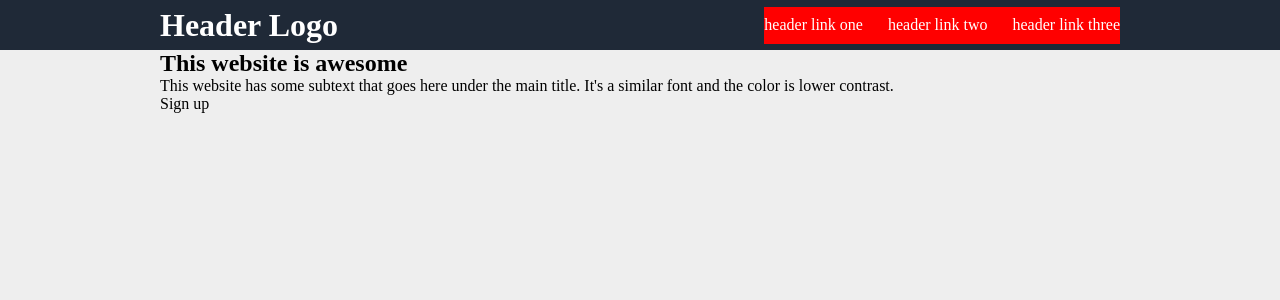
Repository: Pafestivo/Dummy-Landing-Page
Page: index.html
These files come from the project's save history. The page is drawn as it stood at one moment and after the next save; the edit follows.
The browser window is 1280 px wide. The pictures show the whole page.

Above is the page before, as saved 2022-09-26 17:48:53.

### index.html
<!DOCTYPE html>
<html lang="en">
<head>
    <meta charset="UTF-8">
    <meta name="viewport" content="width=device-width, initial-scale=1.0">
    <link rel="stylesheet" href="styles.css">
    <title>Landing Page</title>
</head>
<body>
    <header>
        <div class="container">
            <h1>Header Logo</h1>
            <nav>
                <a href="#">header link one</a>
                <a href="#">header link two</a>
                <a href="#">header link three</a>
            </nav>
        </div> <!-- /container-->
    </header>
    <main>
        <section class="first">
            <div class="container">
                <h1>This website is awesome</h1>
                <p>This website has some subtext that goes here under the main title. It's a similar font and the color is lower contrast.</p>
                <a href="#">Sign up</a>
                <img
                    src=""
                    alt=""
                />
            </div> <!-- /container-->
        </section> <!-- /first -->

        <section class="second">
            <div class="container">

            </div> <!-- /container-->
        </section> <!-- /second -->

        <section class="third">
            <div class="container">

            </div> <!-- /container-->
        </section> <!-- /third -->

        <section class="fourth">
            <div class="container">

            </div> <!-- /container-->
        </section> <!-- /fourth -->

        <footer>

        </footer>
    </main>
</body>
</html>

### styles.css
* {
  padding: 0;
  margin: 0;
  box-sizing: border-box;
}

body {
  font-family: serif;
  background-color: #eee;
}

.container {
  width: 75vw;
  margin: 0 auto;
}

a {
  text-decoration: none;
  color: inherit;
}

/* head area */
header {
  display: flex;
  align-items: center;
  background-color: #1F2937;
  color: #fff;
  height: 50px;
}

header .container {
  display: flex;
  justify-content: space-between;
}

header h1 {
}

header nav {
  display: flex;
  align-items: center;
  background-color: red;
  gap: 25px;
}
/* End head area  */

After the next save:
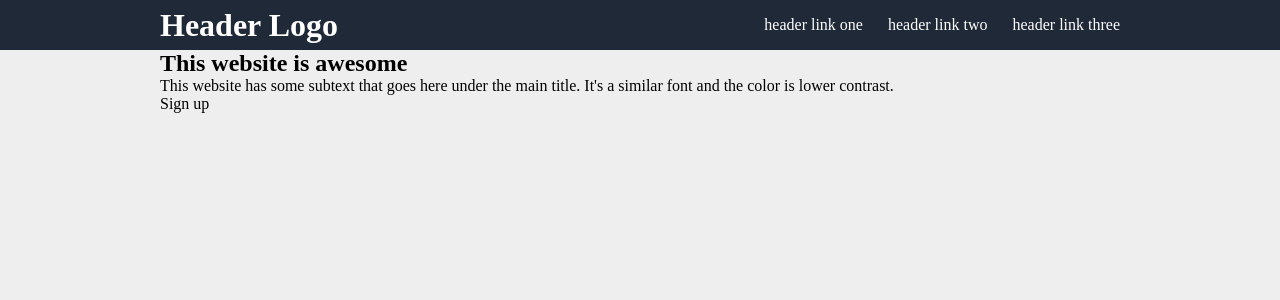
Saved 8 s later.
--- a/styles.css
+++ b/styles.css
@@ -33,13 +33,9 @@ header .container {
   justify-content: space-between;
 }
 
-header h1 {
-}
-
 header nav {
   display: flex;
   align-items: center;
-  background-color: red;
   gap: 25px;
 }
 /* End head area  */
